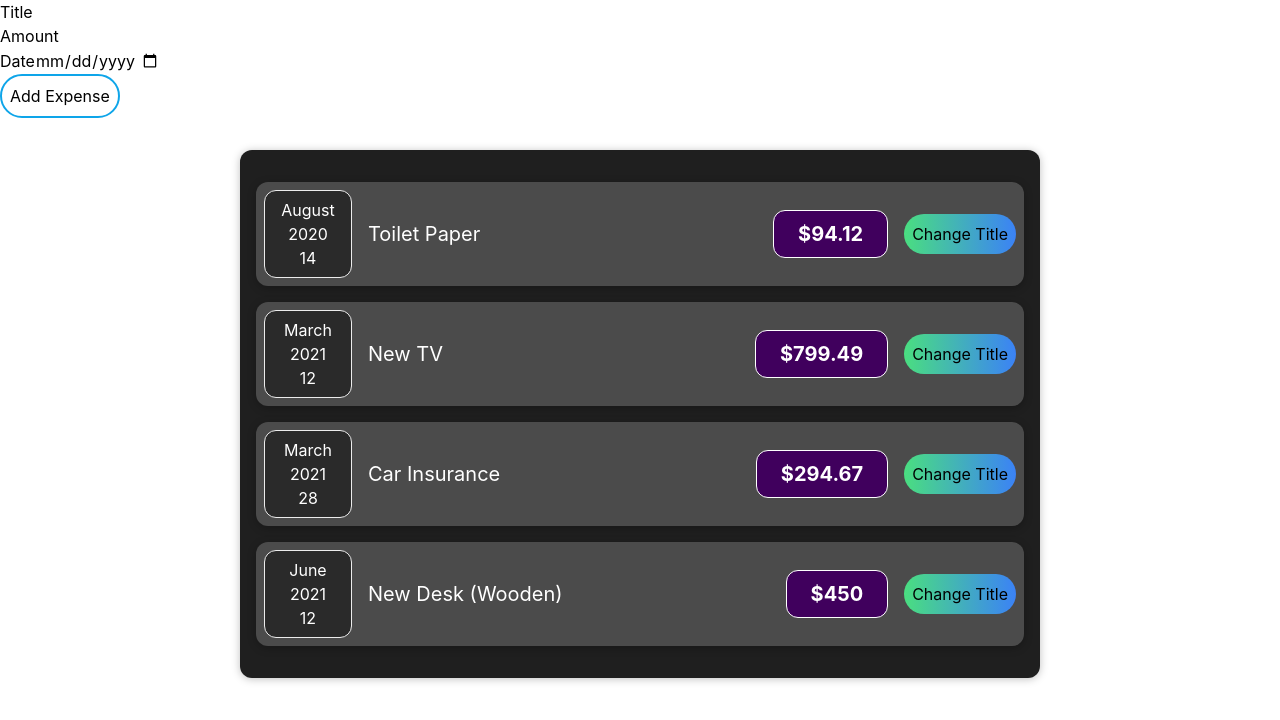
Repository: Sef24/expense-tracker
Page: /
These files come from the project's save history. The page is drawn as it stood at one moment and after the next save; the edit follows.
The browser window is 1280 px wide. The pictures show the whole page.
The project was rebuilt for these pictures with package versions that can differ from the ones it lists, and the page was loaded fresh each time. Also part of the build but not shown: src/components/NewExpense/NewExpense.css, src/components/NewExpense/ExpenseForm.css.

Above is the page before, as saved 2022-04-24 15:46:07.

### public/index.html
<!DOCTYPE html>
<html lang="en">
  <head>
    <meta charset="utf-8" />
    <link rel="icon" href="%PUBLIC_URL%/favicon.ico" />
    <meta name="viewport" content="width=device-width, initial-scale=1" />

    <meta
      name="description"
      content="Web site created using create-react-app"
    />
    <link rel="apple-touch-icon" href="%PUBLIC_URL%/logo192.png" />
    <!--
      manifest.json provides metadata used when your web app is installed on a
      user's mobile device or desktop. See https://developers.google.com/web/fundamentals/web-app-manifest/
    -->
    <link rel="manifest" href="%PUBLIC_URL%/manifest.json" />
    <!--
      Notice the use of %PUBLIC_URL% in the tags above.
      It will be replaced with the URL of the `public` folder during the build.
      Only files inside the `public` folder can be referenced from the HTML.

      Unlike "/favicon.ico" or "favicon.ico", "%PUBLIC_URL%/favicon.ico" will
      work correctly both with client-side routing and a non-root public URL.
      Learn how to configure a non-root public URL by running `npm run build`.
    -->
    <title>React App</title>
  </head>
  <body>
    <noscript>You need to enable JavaScript to run this app.</noscript>
    <div id="root"></div>
    <!--
      This HTML file is a template.
      If you open it directly in the browser, you will see an empty page.

      You can add webfonts, meta tags, or analytics to this file.
      The build step will place the bundled scripts into the <body> tag.

      To begin the development, run `npm start` or `yarn start`.
      To create a production bundle, use `npm run build` or `yarn build`.
    -->
  </body>
</html>

### src/App.js
import Expenses from "./components/Expenses";
import NewExpense from "./components/NewExpense/NewExpense";

function App() {
  const expenses = [
    {
      id: "e1",
      title: "Toilet Paper",
      amount: 94.12,
      date: new Date(2020, 7, 14),
    },
    { id: "e2", title: "New TV", amount: 799.49, date: new Date(2021, 2, 12) },
    {
      id: "e3",
      title: "Car Insurance",
      amount: 294.67,
      date: new Date(2021, 2, 28),
    },
    {
      id: "e4",
      title: "New Desk (Wooden)",
      amount: 450,
      date: new Date(2021, 5, 12),
    },
  ];
  return (
    <div>
      <NewExpense />
      <Expenses items={expenses} />
    </div>
  );
}

export default App;

### src/components/Expenses.js
import React from "react";
import ExpenseItem from "./ExpenseItem";
import "./Expenses.css";

function Expenses(props) {
  <h1 className=""> Hello</h1>;
  return (
    <div className="expenses">
      <ExpenseItem
        title={props.items[0].title}
        amount={props.items[0].amount}
        date={props.items[0].date}
      />

      <ExpenseItem
        title={props.items[1].title}
        amount={props.items[1].amount}
        date={props.items[1].date}
      />
      <ExpenseItem
        title={props.items[2].title}
        amount={props.items[2].amount}
        date={props.items[2].date}
      />
      <ExpenseItem
        title={props.items[3].title}
        amount={props.items[3].amount}
        date={props.items[3].date}
      />
    </div>
  );
}

export default Expenses;

### src/components/NewExpense/NewExpense.js
import React from "react";
import "./NewExpense.css";
import ExpenseForm from "./ExpenseForm";

function NewExpense() {
  return (
    <div>
      <ExpenseForm onSaveExpenseData />
    </div>
  );
}

export default NewExpense;

### src/components/ExpenseItem.js
import React, { useState } from "react";
import "./ExpenseItem.css";
import ExpenseDate from "./ExpenseDate";

function ExpenseItem(props) {
  const [title, setTitle] = useState(props.title);

  const clickHandler = () => {
    setTitle("Updated");
    console.log(title);
  };

  return (
    <div className="expense-item ">
      <ExpenseDate date={props.date} />

      <div className="expense-item__description">
        <h2>{props.title}</h2>

        <div className="expense-item__price">${props.amount}</div>
      </div>
      <button
        className="p-2 ml-4 border-transparent rounded-full border-0
        bg-gradient-to-r from-green-400 to-blue-500
        hover:from-pink-500 hover:to-yellow-500 ...
        active:opacity-75"
        onClick={clickHandler}
      >
        Change Title
      </button>
    </div>
  );
}

export default ExpenseItem;

### src/components/NewExpense/ExpenseForm.js
import React, { useState } from "react";
import "./ExpenseForm.css";

function ExpenseForm() {
  const [enteredTitle, setEnteredTitle] = useState("");
  const [enteredAmount, setEnteredAmount] = useState("");
  const [enteredDate, setEnteredDate] = useState("");

  const titleChangeHandler = (event) => {
    setEnteredTitle(event.target.value);
  };

  const amountChangeHandler = (event) => {
    setEnteredAmount(event.target.value);
  };

  const dateChangeHandler = (event) => {
    setEnteredDate(event.target.value);
  };

  const submitExpenseHandler = (event) => {
    event.preventDefault();

    const expenseData = {
      title: enteredTitle,
      amount: enteredAmount,
      date: enteredDate,
    };
    console.log(expenseData);
    setEnteredTitle("");
    setEnteredAmount("");
    setEnteredDate("");
  };
  return (
    <form onSubmit={submitExpenseHandler}>
      <div>
        <div>
          <label>Title</label>
          <input
            type="text"
            value={enteredTitle}
            onChange={titleChangeHandler}
          />
        </div>

        <div>
          <label>Amount</label>
          <input
            type="number"
            value={enteredAmount}
            min="0.01"
            step="0.01"
            onChange={amountChangeHandler}
          />
        </div>

        <div>
          <label>Date</label>
          <input
            type="date"
            value={enteredDate}
            min="2019-01-01"
            max="2022-12-31"
            onChange={dateChangeHandler}
          />
        </div>
      </div>

      <div>
        <button
          className="border-solid border-2 border-sky-500 rounded-full p-2"
          type="submit"
        >
          Add Expense
        </button>
      </div>
    </form>
  );
}

export default ExpenseForm;

### src/components/ExpenseItem.css
.expense-item {
  display: flex;
  justify-content: space-between;
  align-items: center;
  box-shadow: 0 2px 8px rgba(0, 0, 0, 0.25);
  padding: 0.5rem;
  margin: 1rem 0;
  border-radius: 12px;
  background-color: #4b4b4b;
}

.expense-item__description {
  display: flex;
  flex-direction: column;
  gap: 1rem;
  align-items: flex-end;
  flex-flow: column-reverse;
  justify-content: flex-start;
  flex: 1;
}

.expense-item h2 {
  color: #3a3a3a;
  font-size: 1rem;
  flex: 1;
  margin: 0 1rem;
  color: white;
}

.expense-item__price {
  font-size: 1rem;
  font-weight: bold;
  color: white;
  background-color: #40005d;
  border: 1px solid white;
  padding: 0.5rem;
  border-radius: 12px;
}

@media (min-width: 580px) {
  .expense-item__description {
    flex-direction: row;
    align-items: center;
    justify-content: flex-start;
    flex: 1;
  }

  .expense-item__description h2 {
    font-size: 1.25rem;
  }

  .expense-item__price {
    font-size: 1.25rem;
    padding: 0.5rem 1.5rem;
  }
}

### src/components/ExpenseDate.js
import React from "react";
import "./ExpenseDate.css";

function ExpenseDate(props) {
  const month = props.date.toLocaleString("en-US", { month: "long" });
  const day = props.date.getDate();
  const year = props.date.getFullYear();

  return (
    <div className="expense-date">
      <div className="expense__month">{month}</div>
      <div className="expense__year">{year}</div>
      <div className="expense__day">{day}</div>
    </div>
  );
}

export default ExpenseDate;

Loaded but not shown: src/index.js (common file); src/index.css (common file); src/components/Expenses.css (common file); src/components/ExpenseDate.css (common file); tailwind.config.js (common file)

After the next save:
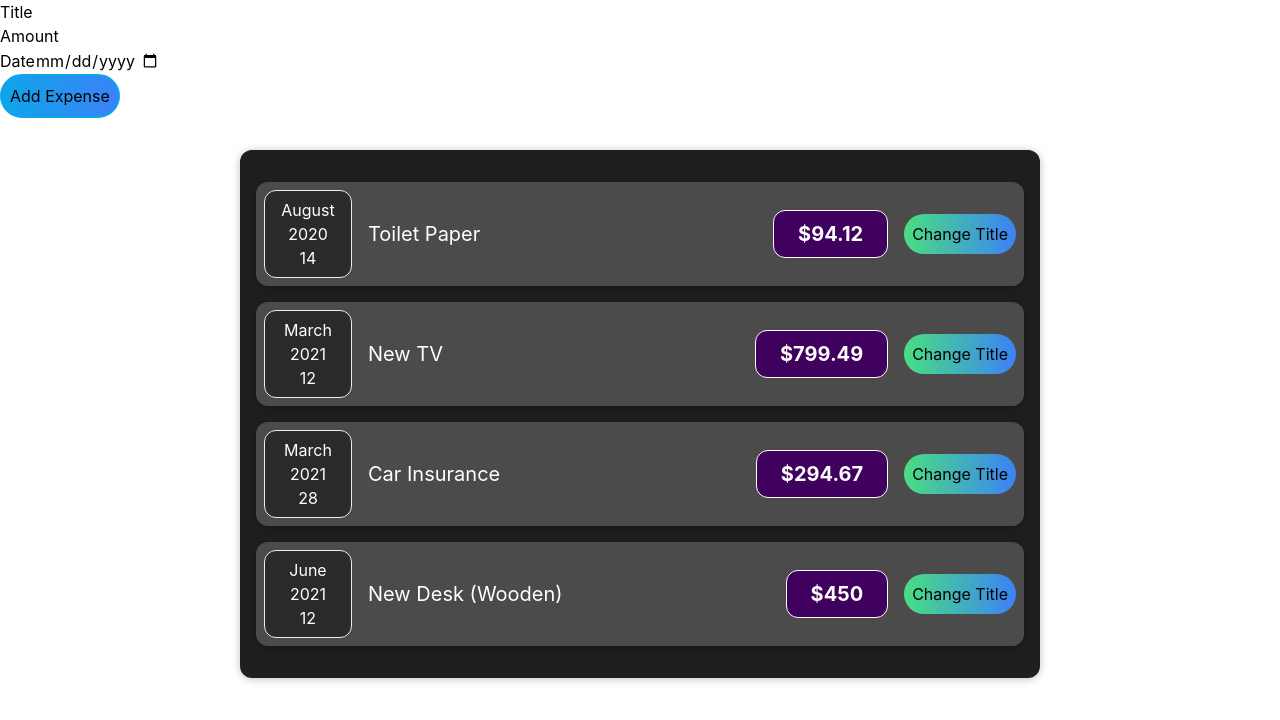
Saved 13 s later.
--- a/src/components/NewExpense/ExpenseForm.js
+++ b/src/components/NewExpense/ExpenseForm.js
@@ -68,7 +68,8 @@ function ExpenseForm() {
 
       <div>
         <button
-          className="border-solid border-2 border-sky-500 rounded-full p-2"
+          className="border-solid border-2 border-sky-500 rounded-full p-2
+          bg-gradient-to-r from-sky-500 to-blue-500 hover:from-pink-500 hover:to-yellow-500"
           type="submit"
         >
           Add Expense
